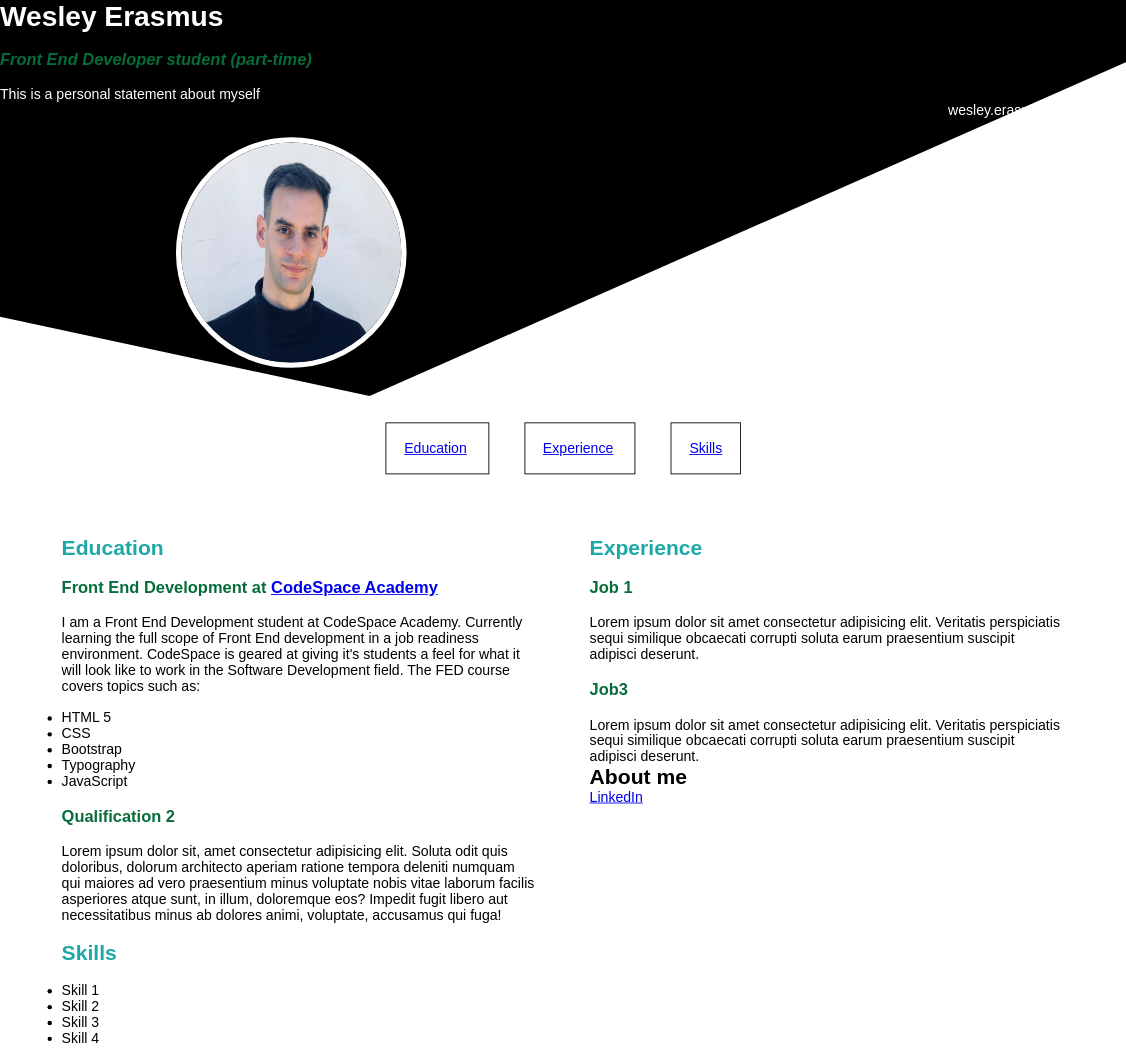
Repository: WesleyErasmus/myDigitalResume
Page: Resume-Projec-3/index.html
The author's editor kept a copy of each file at every save. The page is drawn from the files as they stood at one save, then again after a run of saves.
The browser window is 1280 px wide. The pictures show the whole page, at 88% of full size.

Above is the page before, as saved 2022-02-12 13:49:03.

### Resume-Projec-3/index.html
<!DOCTYPE html>
<html lang="en">

<head>
  <meta charset="UTF-8">
  <meta http-equiv="X-UA-Compatible" content="IE=edge">
  <meta name="viewport" content="width=device-width, initial-scale=1.0">
  <title>Hello World</title>
  <link rel="stylesheet" href="styles.css">
</head>

<body>
  <header>
    <h1>Wesley Erasmus</h1>
    <h3> <em>Front End Developer student (part-time)</em></h3>
    <p>This is a personal statement about myself</p>

    <ul class="contact-details">
      <li>wesley.erasmus@gmail.com</li>
      <li>083 123 0000</li>
      <li>Cape Town, South Africa</li>
      <li>LinkedIn</li>
    </ul>

    <img id="headshot" src="images/IMG_01081.jpg" alt="Portrait image of Wesley Erasmus">

    <!-- height="150" width="150" -->

    <svg>
      <polygon class="polygon" points="0,0 1440,0 420,450 0,360"/>
  </svg>

  </header>
  <nav>

    <ul class="page-links">
      <li> <a href="#Education">Education</a> </li>
      <li> <a href="#Experience">Experience</a> </li>
      <li> <a href="#Skills">Skills</a> </li>
    </ul>

  </nav>

  <main>

    <div class="flex-col-1">

      <h2 class="color-headings" id="Education">Education</h2>

      <h3>Front End Development at <a href="https://www.codespace.co.za/" target="_blank">CodeSpace Academy</a> </h3>

      <p>I am a Front End Development student at CodeSpace Academy. Currently learning the full scope of Front End development in a job readiness environment. CodeSpace is geared at giving it's students a feel for what it will look like to work in the Software Development field. The FED course covers topics such as:</p>
      <br>
      <ul>
        <li>HTML 5</li>
        <li>CSS</li>
        <li>Bootstrap</li>
        <li>Typography</li>
        <li>JavaScript</li>
      </ul>

        <h3>Qualification 2</h3>

      <p>Lorem ipsum dolor sit, amet consectetur adipisicing elit. Soluta odit quis doloribus, dolorum architecto
        aperiam ratione tempora deleniti numquam qui maiores ad vero praesentium minus voluptate nobis vitae laborum
        facilis asperiores atque sunt, in illum, doloremque eos? Impedit fugit libero aut necessitatibus minus ab
        dolores animi, voluptate, accusamus qui fuga!</p>




      <h2 class="color-headings" id="Skills">Skills</h2>

      <ul>
      <li>Skill 1</li>
      <li>Skill 2</li>
      <li>Skill 3</li>
      <li>Skill 4</li>
    </ul>

  </div>


    <div class="flex-col-1">
    <h2 class="color-headings" id="Experience">Experience</h2>
    <h3>Job 1</h3>
    <p>Lorem ipsum dolor sit amet consectetur adipisicing elit. Veritatis perspiciatis sequi similique obcaecati
      corrupti soluta earum praesentium suscipit adipisci deserunt.</p>
    <h3>Job3</h3>
    <p>Lorem ipsum dolor sit amet consectetur adipisicing elit. Veritatis perspiciatis sequi similique obcaecati
      corrupti soluta earum praesentium suscipit adipisci deserunt.</p>


    <h2 class="about-me" >About me</h2>
    <p>
      <a href="https://www.linkedin.com/feed/" target="_blank">LinkedIn</a>
    </p>
  </div>

  </main>

</body>

</html>

### Resume-Projec-3/styles.css
* {
    margin: 0;
    padding: 0;
    font-family: sans-serif;
}
body {
width: 1440;
}
header {
    /* background-color: rgb(29, 168, 168); */
    color: #fff;
    margin-bottom: 50px;
}
h3 {
    color: rgb(6, 109, 58);
    margin-top: 20px;
    margin-bottom: 20px;
}
.contact-details {
    text-align: right;
}
img {
    position: relative;
    left: 200px;
    top: -33px;
    width: 250px;
    height: 250px;
    border-radius: 50%;
    border: 6px solid #fff;
    display: block;
}

svg {
    z-index: -1;
    position: absolute;
    top: 0;
    width: 100%;
    height: 500px;
}
.page-links li{
    display: inline;
    background-color: #fff;
    margin: 20px;
    padding: 20px;
    border: 1px solid black;
}
.color-headings {
    color: rgb(29, 168, 168);
    margin: 20px 0 20px 0;
}
.page-links{
    text-align: center;
}

main {
    margin: 50px 40px 0 40px;

    display: flex;
    flex-direction: row;
}
.flex-col-1, .flex-col-2 {
    margin: 0 auto;
    text-align: left;
    width: 45%;
    padding: 20px;

}

After the next 2 saves:
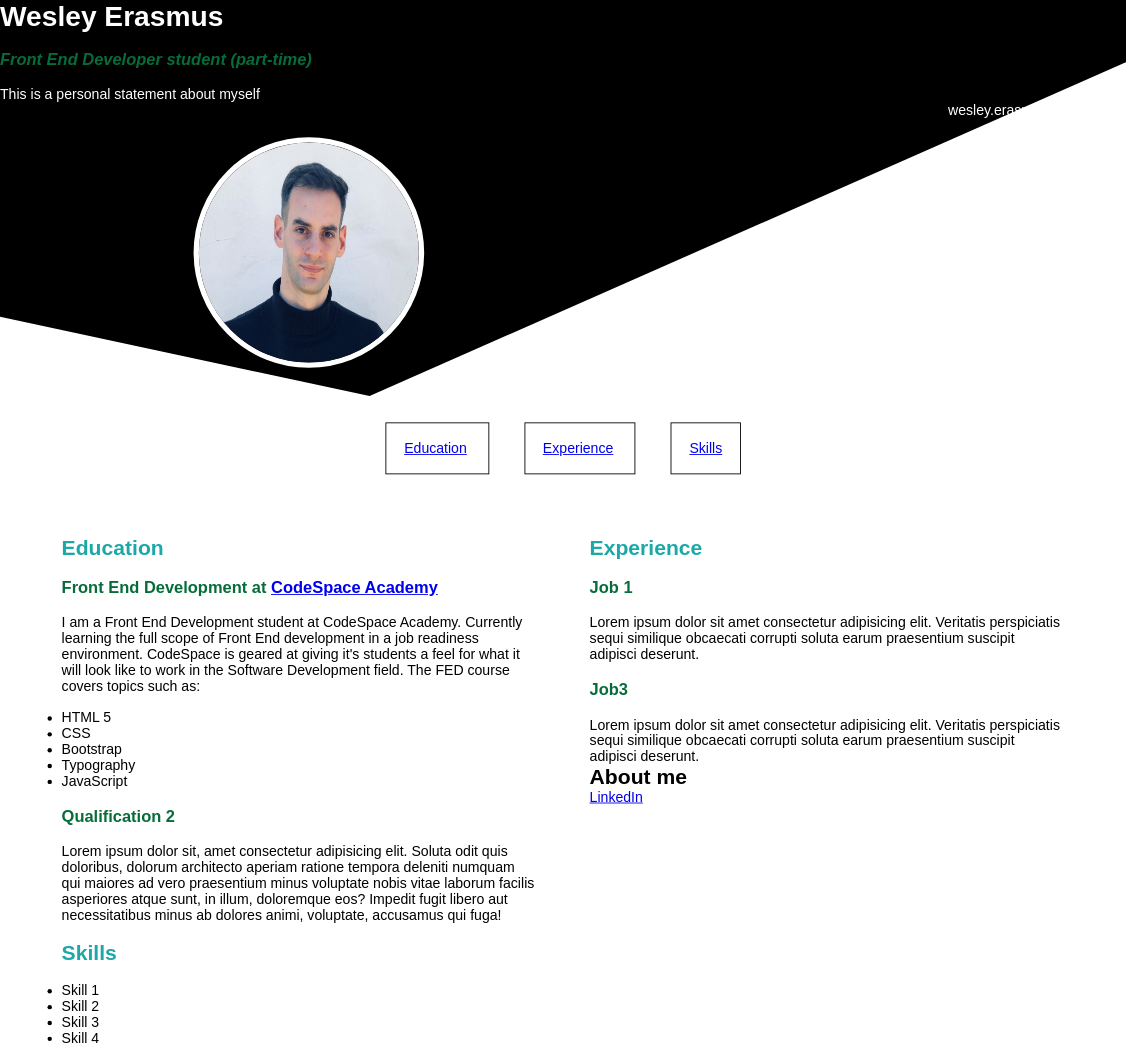
The 2 saves are shown as one change because they came seconds apart.
The last was saved 18 s later.
--- a/Resume-Projec-3/styles.css
+++ b/Resume-Projec-3/styles.css
@@ -4,7 +4,7 @@
     font-family: sans-serif;
 }
 body {
-width: 1440;
+
 }
 header {
     /* background-color: rgb(29, 168, 168); */
@@ -21,7 +21,7 @@ h3 {
 }
 img {
     position: relative;
-    left: 200px;
+    left: 220px;
     top: -33px;
     width: 250px;
     height: 250px;
